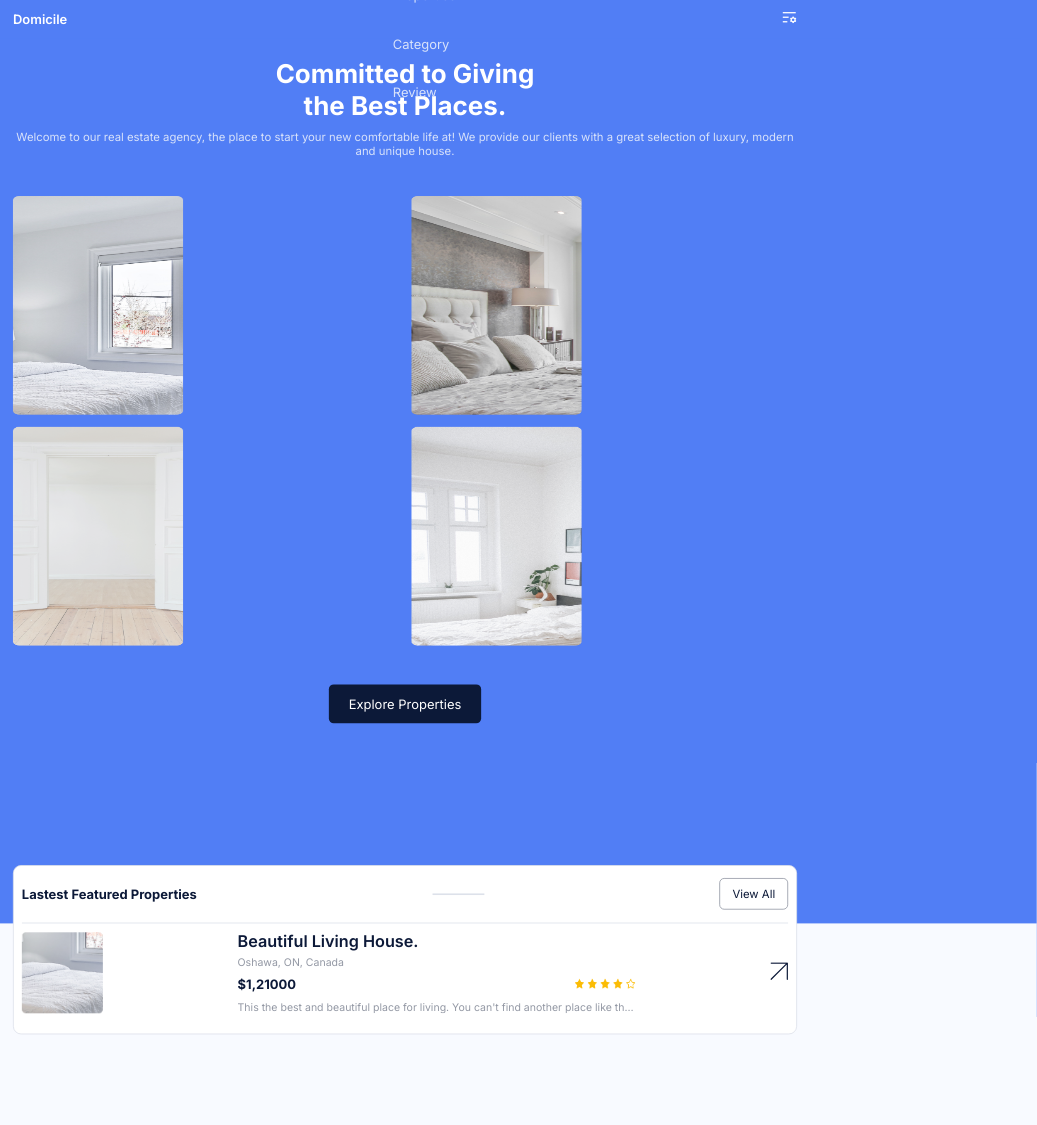
Repository: haokiet2501/domicile-real-estate
Page: index.html
The author's editor kept a copy of each file at every save. The page is drawn from the files as they stood at one save, then again after the next save.
The browser window is 1280 px wide. The pictures show the whole page, at 81% of full size.
The style sheet was rebuilt from its Sass, Less or Tailwind sources for each picture, by a compiler version that may differ from the author's.

Above is the page before, as saved 2022-06-11 16:36:44.

After the next save:
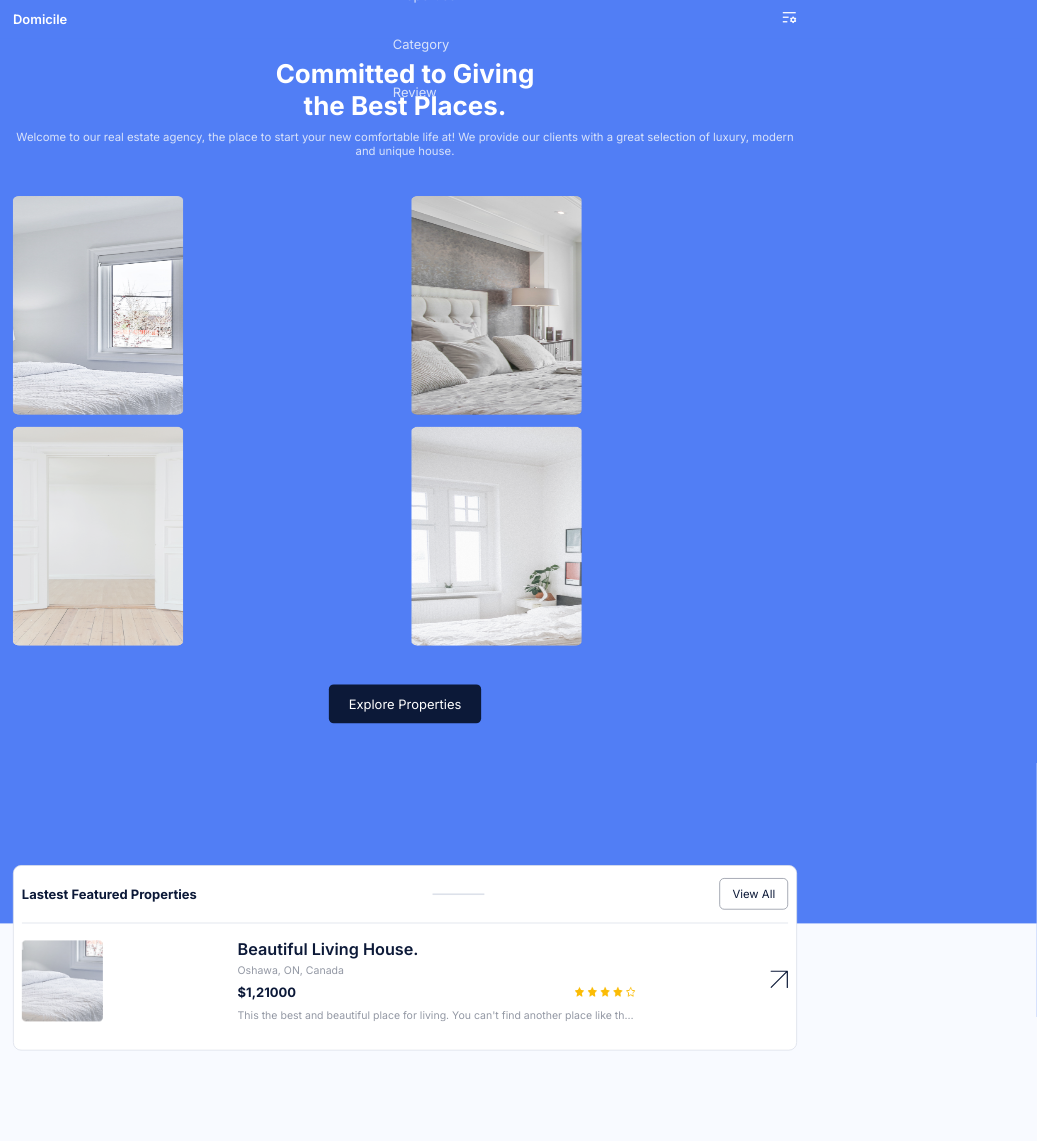
Saved 7 s later.
--- a/sass/main/_main.scss
+++ b/sass/main/_main.scss
@@ -213,7 +213,9 @@
             height: 100px;
         }
 
-
+        &-layouts {
+            padding: 10px;
+        }
 
         &-text {
             h3 {
